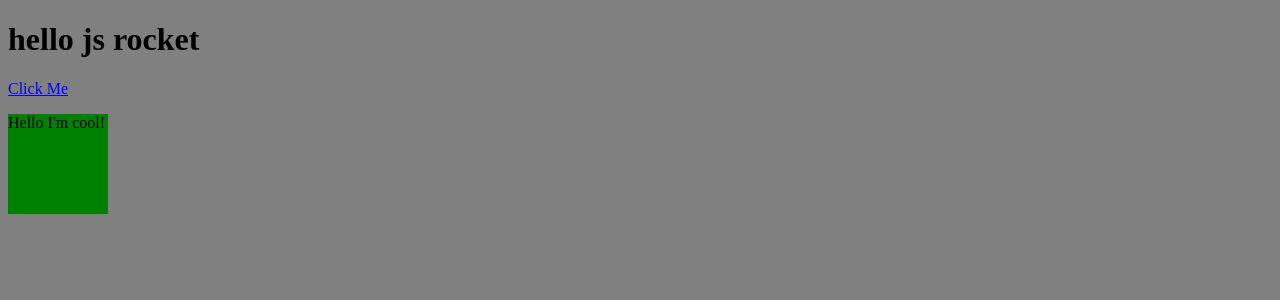
Repository: alcarrizo/Rocket-launch
Page: index.html
These files come from the project's save history. The page is drawn as it stood at one moment and after the next save; the edit follows.
The browser window is 1280 px wide. The pictures show the whole page.
After loading, the first visible `a` was clicked once.

Above is the page before, as saved 2022-10-19 17:18:37.

### index.html
<!DOCTYPE html>
<html lang="en">
<head>
    <meta charset="UTF-8">
    <meta http-equiv="X-UA-Compatible" content="IE=edge">
    <meta name="viewport" content="width=device-width, initial-scale=1.0">
    <title>JS Rocket</title>
    <script type="text/javascript" src="js/script.js"> </script>
    <link rel="stylesheet" href="css/style.css">
</head>
<body>
    <h1>hello js rocket</h1>
   <a href="#" onclick="doCoolStuff();">Click Me</a>
   <div class="cool" id="cool">
        <p>Hello I'm cool!</p>
   </div>
</body>
</html>

### js/script.js
var car = {
    make: 'VW',
    type: 'Polo',
    color: 'blue',
    isTurnedOn: false,
    numOfWheels: 4,
    seats: [
        'seat1',
        'seat2',
        'seat3',
        'seat4'
    ],
    turnOn: function () {
        this.isTurnedOn = true;
    },
    turnOff: function () {
        this.isTurnedOn = false;
    },
    fly: function () {
        alert('fly');
    },
    switchCar: function (isOn) {
        console.log('turn car ' + isOn)
        if (isOn == true) {
            this.isTurnedOn = true;
        }
        else {
            this.isTurnedOn = false;
        }
    }

};

console.log('hello there friends!');

var doCoolStuff = function () {
    coolDiv = document.getElementById('cool')
}

### css/style.css
body {
    background-color: gray;
}

.cool {
    width: 100px;
    height: 100px;
    background-color: green;
    transition: background-color 1s;

}

.cool.red {
    background-color: red;
}

After the next save:
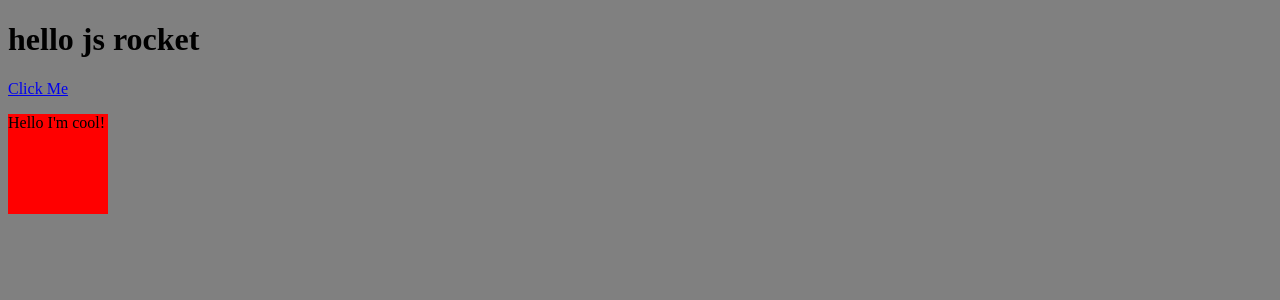
Saved 26 s later.
--- a/js/script.js
+++ b/js/script.js
@@ -34,5 +34,5 @@ var car = {
 console.log('hello there friends!');
 
 var doCoolStuff = function () {
-    coolDiv = document.getElementById('cool')
+    document.getElementById('cool').className = 'cool red';
 }
